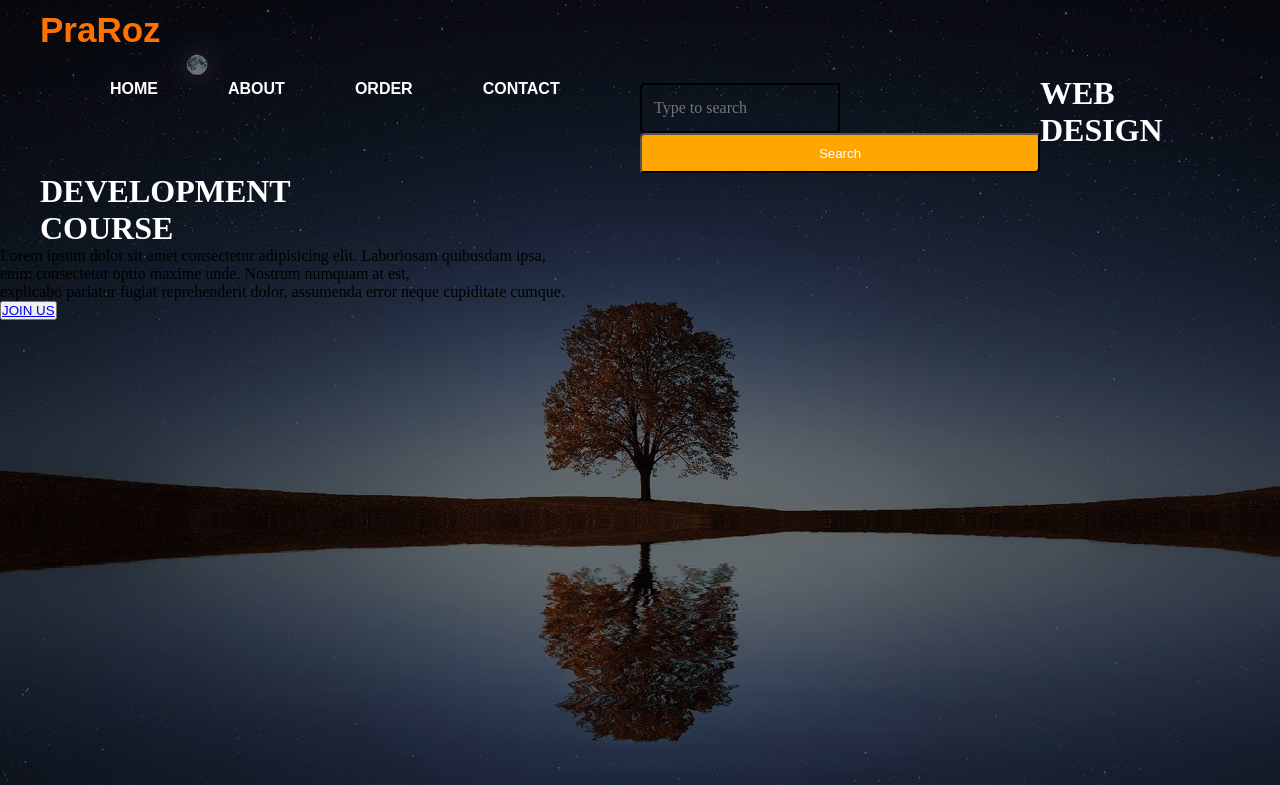
Repository: Cedrqmwesigwa/web-design-course
Page: index.html
An editor plug-in stored every save of this project. The page is shown before and after a run of saves, followed by the edit.
The browser window is 1280 px wide. The pictures show the whole page.

Above is the page before, as saved 2024-04-03 20:30:52.

After the next 8 saves:
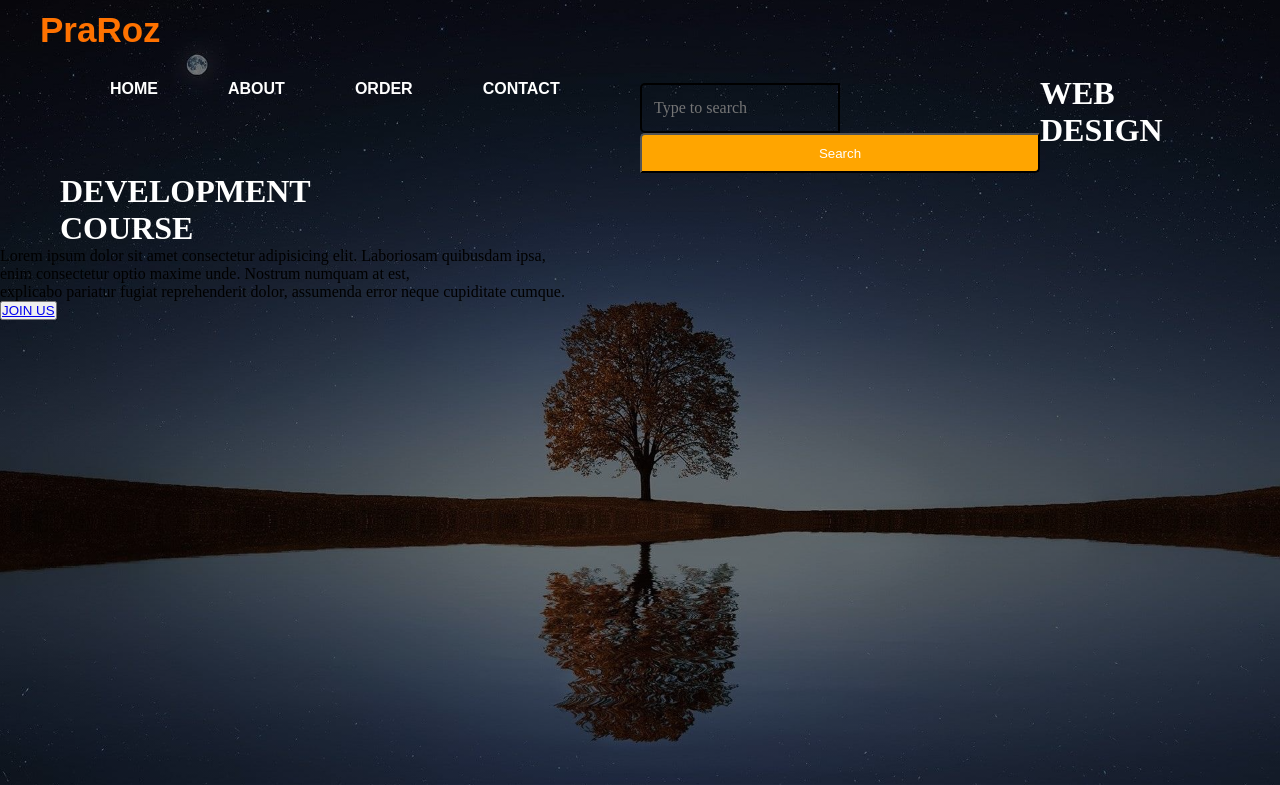
The 8 saves are shown as one change because they came seconds apart.
The last was saved 20 s later.
--- a/style.css
+++ b/style.css
@@ -117,5 +117,7 @@ ul li a:hover{
 
 .content h1{
     font-family: 'Times New Roman', Times, serif;
+    size: 50px;
+    padding-left: 20px;
 
 }
